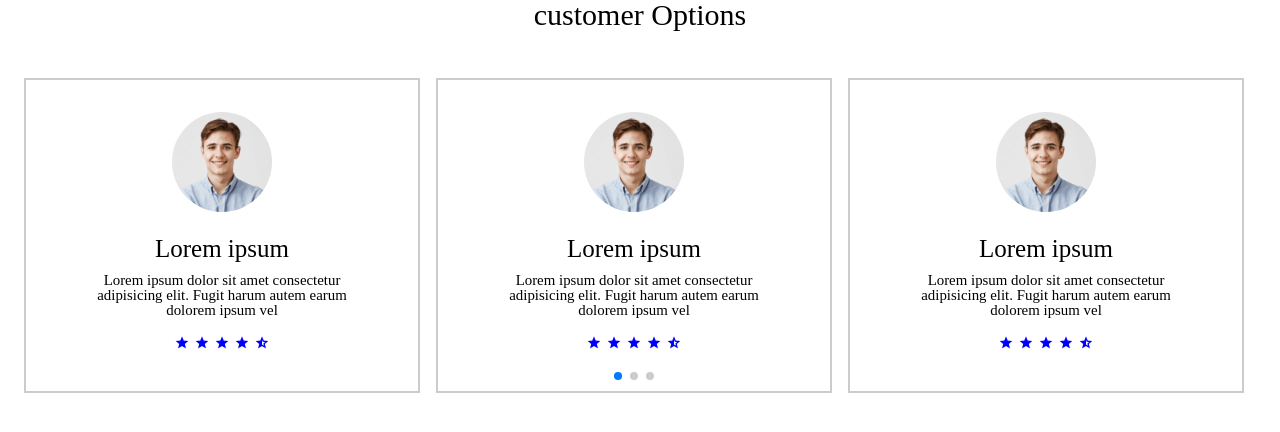
Repository: dinhhaidh/slider-3
Page: index.html
These files come from the project's save history. The page is drawn as it stood at one moment and after the next save; the edit follows.
The browser window is 1280 px wide. The pictures show the whole page.

Above is the page before, as saved 2024-03-22 21:26:27.

After the next save:
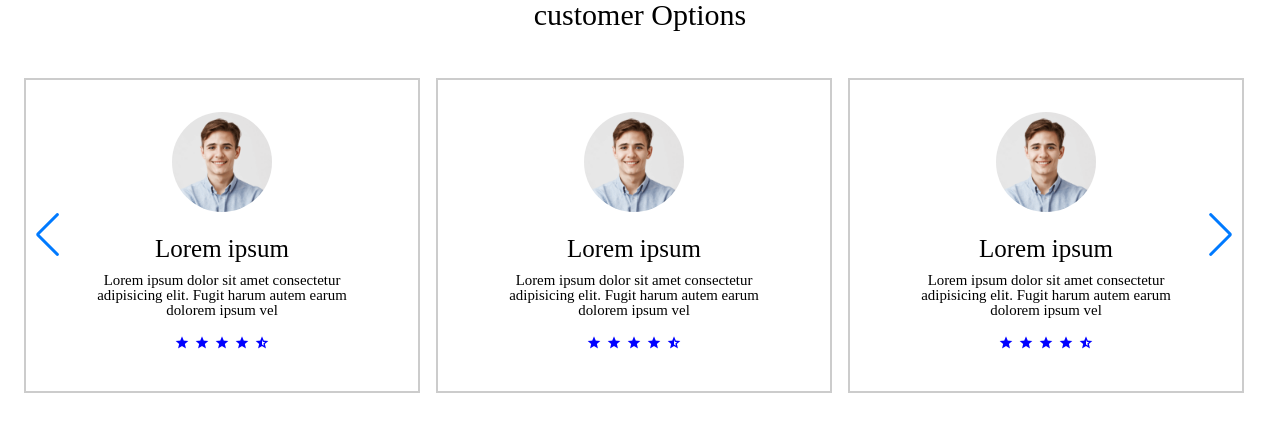
Saved 48 s later.
--- a/index.html
+++ b/index.html
@@ -68,8 +68,9 @@
                     </article>
 
                 </div>
-                <!-- If we need pagination -->
-                <div class="swiper-pagination"></div>
+                  <!-- If we need navigation buttons -->
+  <div class="swiper-button-prev"></div>
+  <div class="swiper-button-next"></div>
             </div>
         </div>
     </div>
